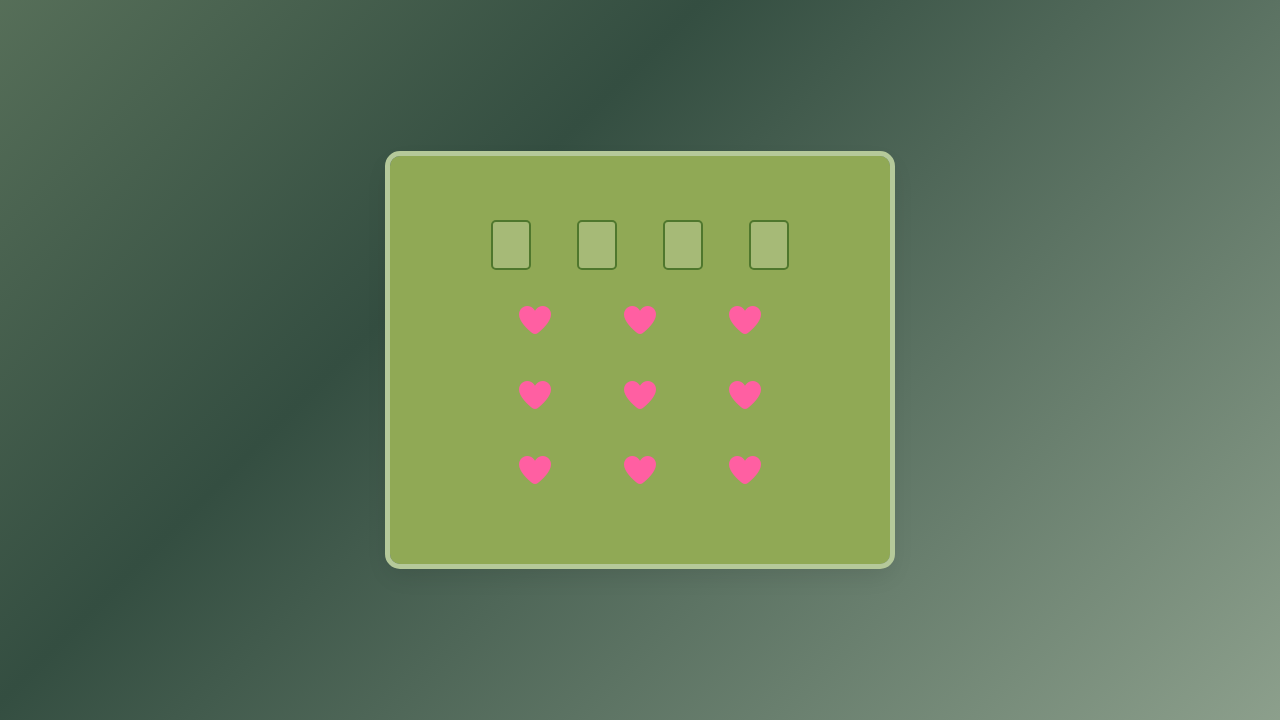
Repository: jahatesu/project-cutie
Page: index.html
These files come from the project's save history. The page is drawn as it stood at one moment and after the next save; the edit follows.
The browser window is 1280 px wide. The pictures show the whole page.
Some web libraries are served in a nearby version.

Above is the page before, as saved 2025-08-14 21:20:58.
Console error: TypeError: Cannot read properties of null (reading 'getBoundingClientRect')

After the next save:
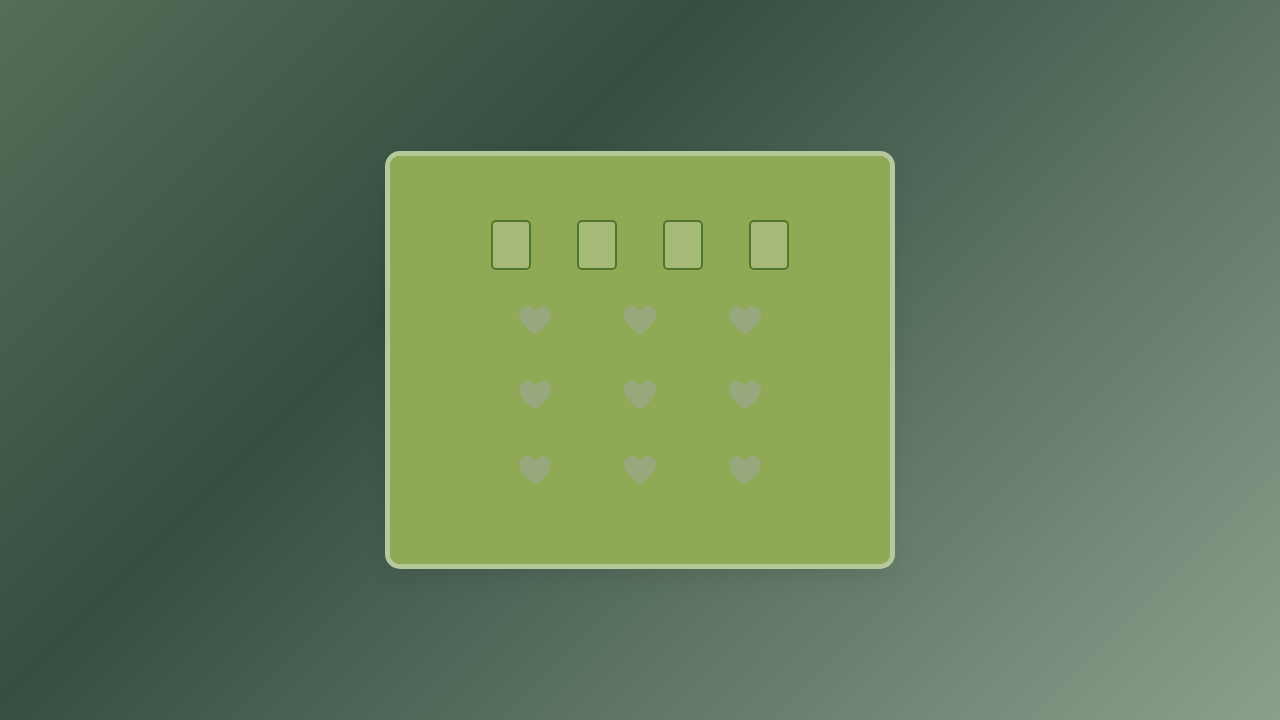
Saved 14 s later.
--- a/style.css
+++ b/style.css
@@ -99,7 +99,7 @@ body {
 .heart-pad i {
   position: absolute;      /* behind the number */
   font-size: 2rem;         /* heart size */
-  color: #ff5fa2;          /* heart color */
+  color: #97a97c;          /* heart color */
   z-index: 0;
 }
 
